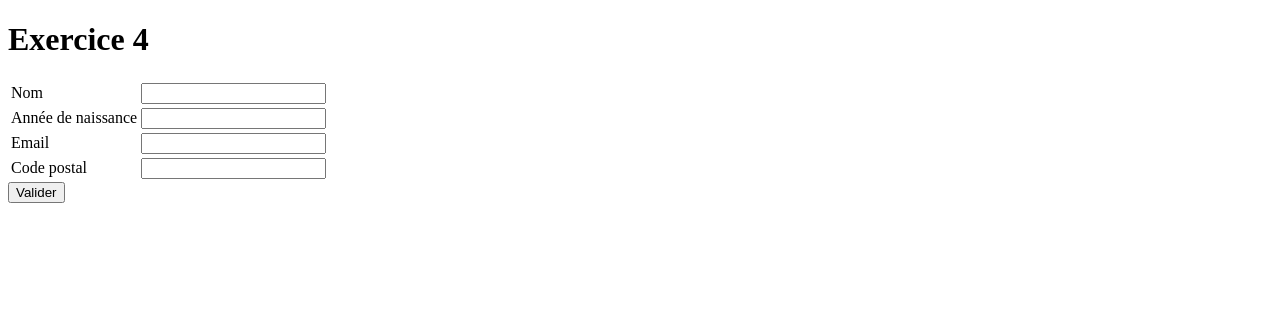
Repository: AgatheLM/formation_js
Page: insee-travaux-js/insee-client-js/exo4.html
An editor plug-in stored every save of this project. The page is shown before and after the next save, followed by the edit.
The browser window is 1280 px wide. The pictures show the whole page.

Above is the page before, as saved 2018-01-24 14:57:47.

After the next save:
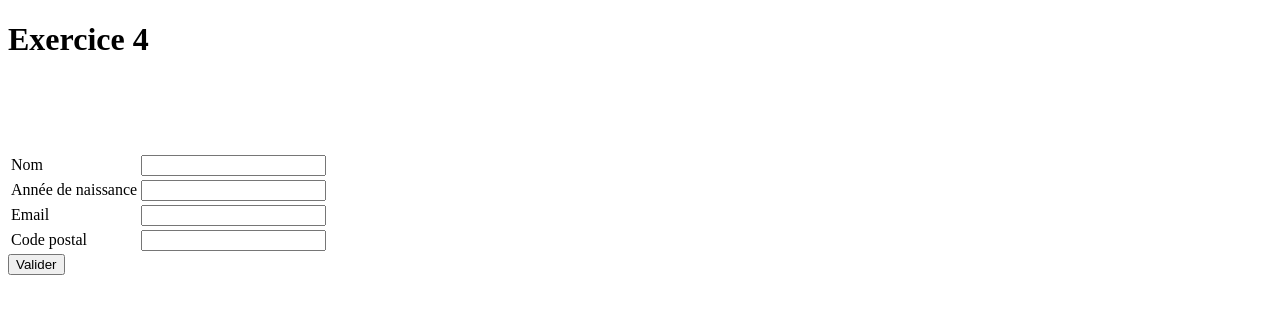
Saved 42 s later.
--- a/insee-travaux-js/insee-client-js/exo4.html
+++ b/insee-travaux-js/insee-client-js/exo4.html
@@ -16,28 +16,31 @@
 				<!-- Un champ « nom » : Ce champ doit être obligatoire -->
 				<td><label for="nom"> Nom </label></td>
 				<td><input type="text" name="nom" id="nom" /></td>
+				<label id="erreur_nom"></label><br>
 			</tr>
 			<tr>
 				<!-- Un champ « annee_naissance » : Ce champ s’il est renseigné ne doit accepter que des nombres numériques -->
 				<td><label for="an"> Année de naissance </label></td>
 				<td><input type="text" name="an" id="an" /></td>
+				<label id="erreur_an"></label><br>
 			</tr>
 			<tr>
 				<!-- Un champ email : Si ce champ est renseigné l’email doit être valide avant de perdre le focus -->
 				<td><label for="email"> Email </label></td>
 				<td><input type="texte" name="email" id="email" onblur="isEmailValide()" /></td>
+				<label id="erreur_email"></label><br>
 			</tr>
 			<tr>
 				<!-- Un champ code postal : le code Postal doit être un nombre à 5 chiffres s’il est renseigné. -->
 				<td><label for="cp"> Code postal </label></td>
 				<td><input type="text" name="cp" id="cp" onKeyPress="" /></td>
+				<label id="erreur_cp"></label><br>
 			</tr>
 		</table>
 		<input type="submit" value="Valider" /><br>
-		<label id="erreur_nom"></label><br>
-		<label id="erreur_email"></label><br>
-		<label id="erreur_an"></label><br>
-		<label id="erreur_cp"></label><br>
+
+
+
 	</form>
 </body>
 </html>

After the save that followed:
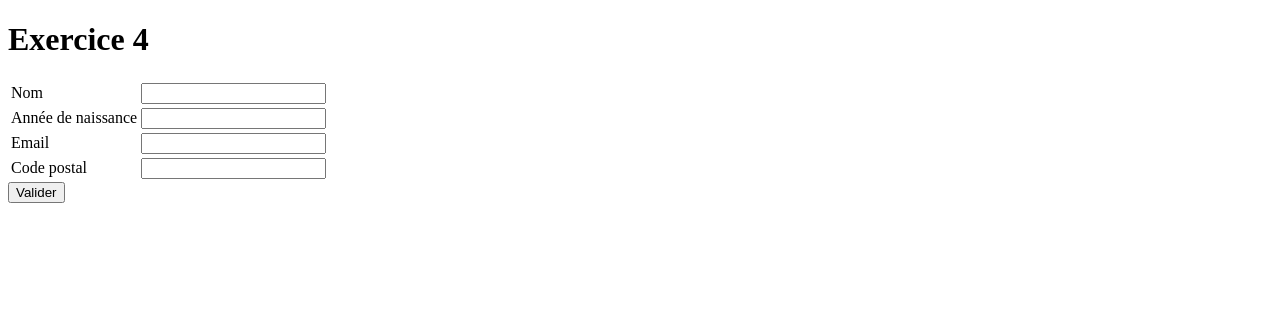
Saved 43 s later.
--- a/insee-travaux-js/insee-client-js/exo4.html
+++ b/insee-travaux-js/insee-client-js/exo4.html
@@ -16,25 +16,25 @@
 				<!-- Un champ « nom » : Ce champ doit être obligatoire -->
 				<td><label for="nom"> Nom </label></td>
 				<td><input type="text" name="nom" id="nom" /></td>
-				<label id="erreur_nom"></label><br>
+				<td><label id="erreur_nom"></label></td>
 			</tr>
 			<tr>
 				<!-- Un champ « annee_naissance » : Ce champ s’il est renseigné ne doit accepter que des nombres numériques -->
 				<td><label for="an"> Année de naissance </label></td>
 				<td><input type="text" name="an" id="an" /></td>
-				<label id="erreur_an"></label><br>
+				<td><label id="erreur_an"></label></td>
 			</tr>
 			<tr>
 				<!-- Un champ email : Si ce champ est renseigné l’email doit être valide avant de perdre le focus -->
 				<td><label for="email"> Email </label></td>
 				<td><input type="texte" name="email" id="email" onblur="isEmailValide()" /></td>
-				<label id="erreur_email"></label><br>
+				<td><label id="erreur_email"></label></td>
 			</tr>
 			<tr>
 				<!-- Un champ code postal : le code Postal doit être un nombre à 5 chiffres s’il est renseigné. -->
 				<td><label for="cp"> Code postal </label></td>
 				<td><input type="text" name="cp" id="cp" onKeyPress="" /></td>
-				<label id="erreur_cp"></label><br>
+				<td><label id="erreur_cp"></label></td>
 			</tr>
 		</table>
 		<input type="submit" value="Valider" /><br>
